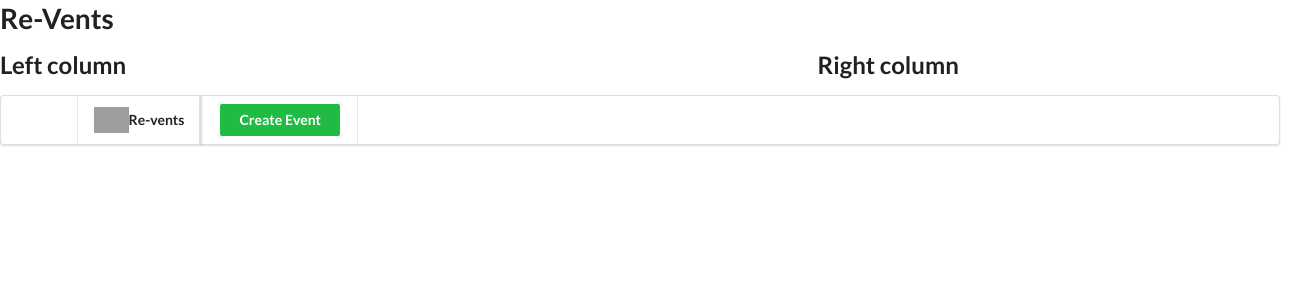
Repository: Preranabaruah/react-semantic-ui
Page: /
An editor plug-in stored every save of this project. The page is shown before and after the next save, followed by the edit.
The browser window is 1280 px wide. The page is 1294 px wide, so the pictures cover 1294 px, including what lies to the right of the window. The pictures show the whole page.
Pictures or frames that could not be fetched are drawn as grey boxes. The project was rebuilt for these pictures with package versions that can differ from the ones it lists, and the page was loaded fresh each time. Also part of the build but not shown: vite.config.ts.

Above is the page before, as saved 2023-09-08 13:10:42.

After the next save:
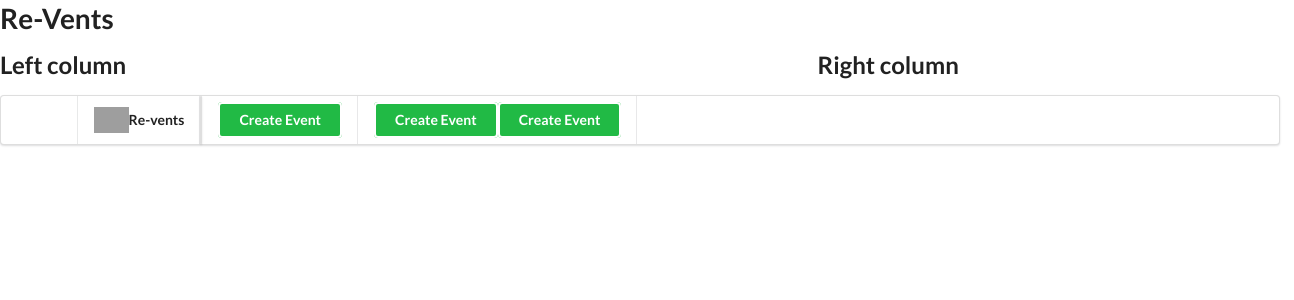
Saved 6 s later.
--- a/src/features/nav-bar/index.tsx
+++ b/src/features/nav-bar/index.tsx
@@ -13,6 +13,10 @@ const NavBar = () => {
           <Menu.Item>
             <Button positive inverted content="Create Event" />
           </Menu.Item>
+          <Menu.Item>
+            <Button positive inverted content="Create Event" />
+            <Button positive inverted content="Create Event" />
+          </Menu.Item>
         </Container>
       </Menu>
     </>
